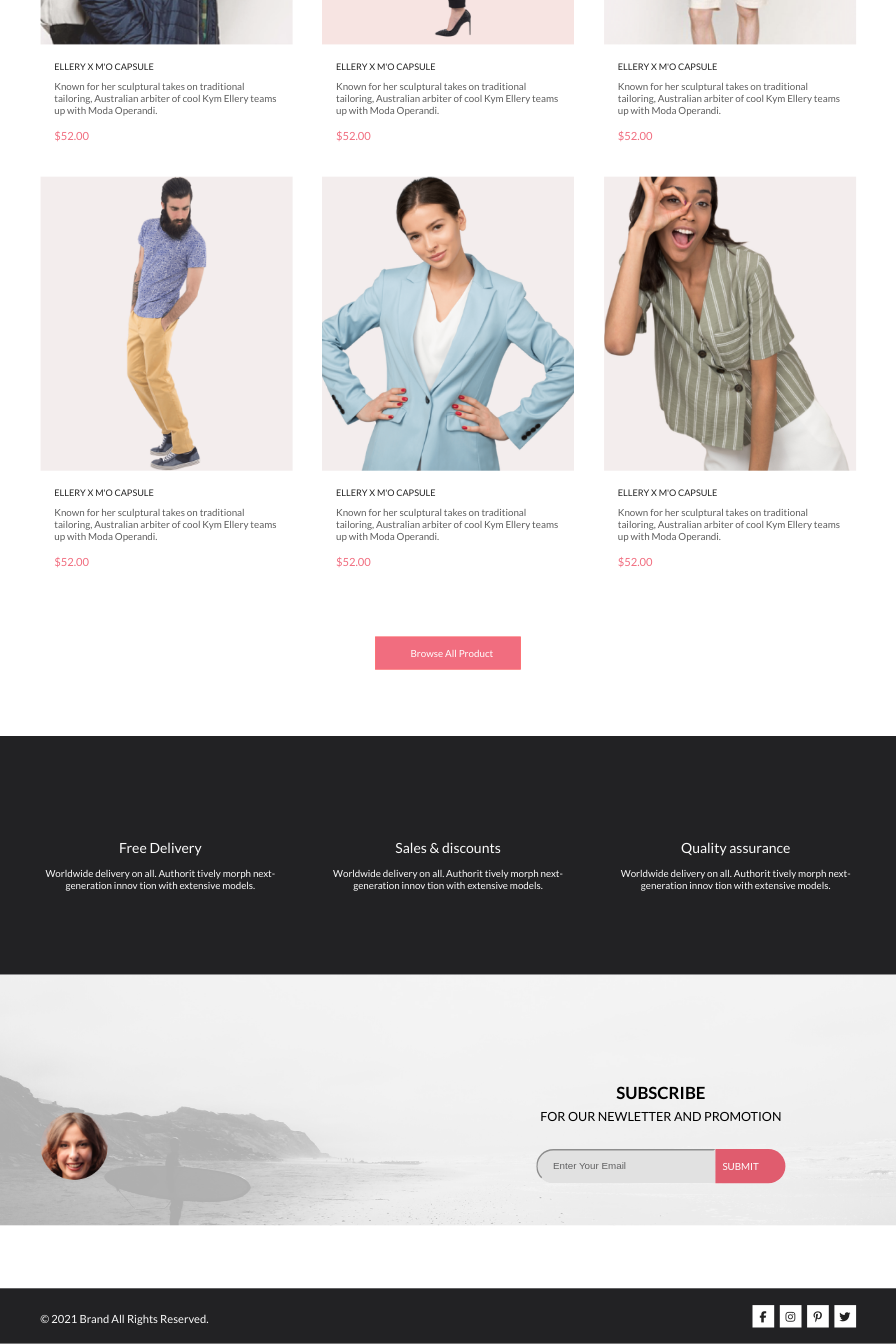
Repository: shtepaa/work-show-linkid
Page: les01/index.html
The author's editor kept a copy of each file at every save. The page is drawn from the files as they stood at one save, then again after a run of saves.
The browser window is 1280 px wide. The pictures show the part of the page from y = 1908 to 3828 px (the page is 3828 px tall), at 70% of full size.
Some web libraries are served in a nearby version. The style sheet was rebuilt from its Sass, Less or Tailwind sources for each picture, by a compiler version that may differ from the author's.

Above is the page before, as saved 2022-02-26 11:03:14.

After the next 3 saves:
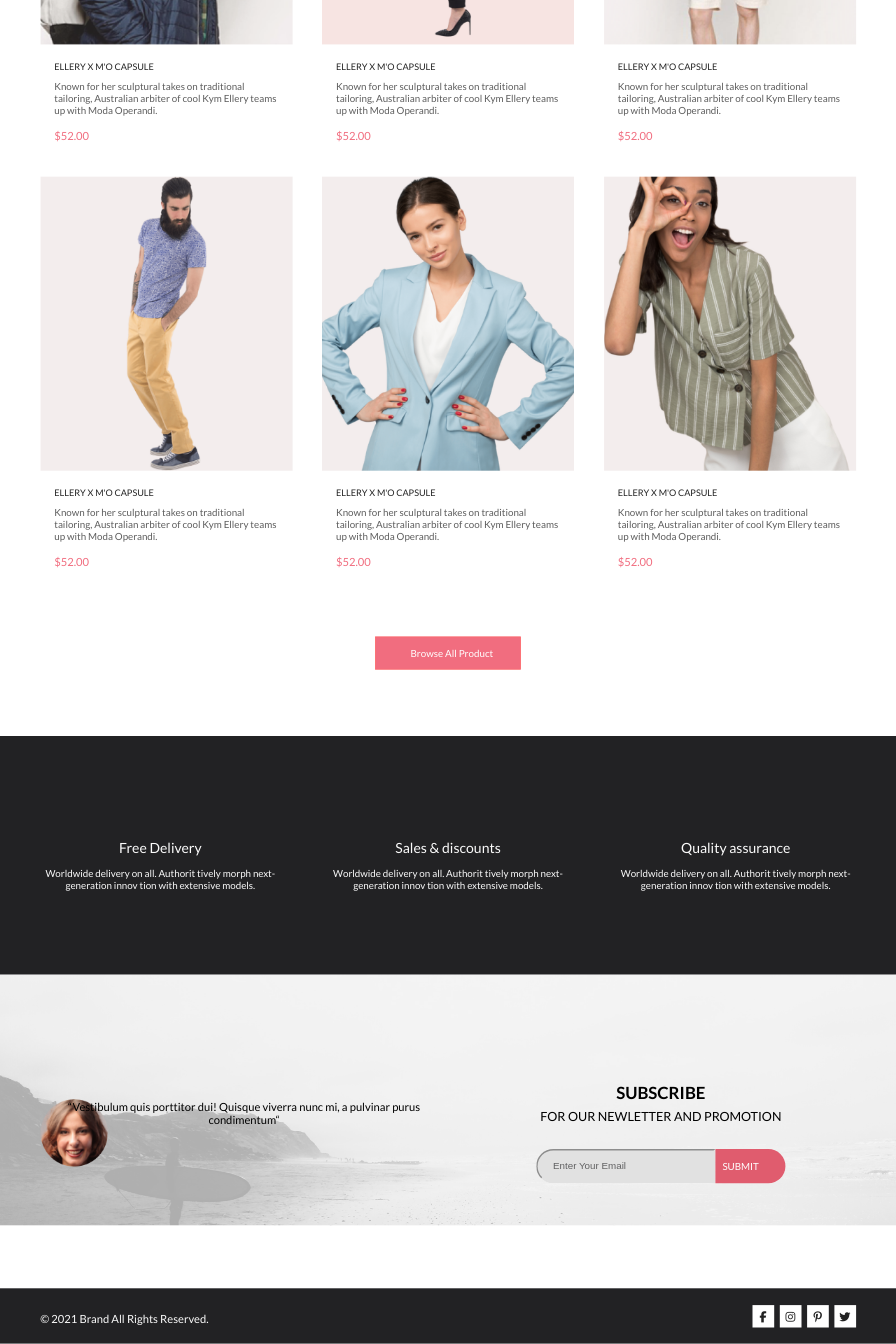
The 3 saves are shown as one change because they came seconds apart.
The last was saved 18 s later.
--- a/les01/index.html
+++ b/les01/index.html
@@ -361,7 +361,9 @@
               <img src="img/author.png" alt="lady">
             </div>
             <div class="figure-text">
-
+              <p>
+                “Vestibulum quis porttitor dui! Quisque viverra nunc mi, a pulvinar purus condimentum“
+              </p>
             </div>
           </div>
           <div class="figure-box enter-mail">
